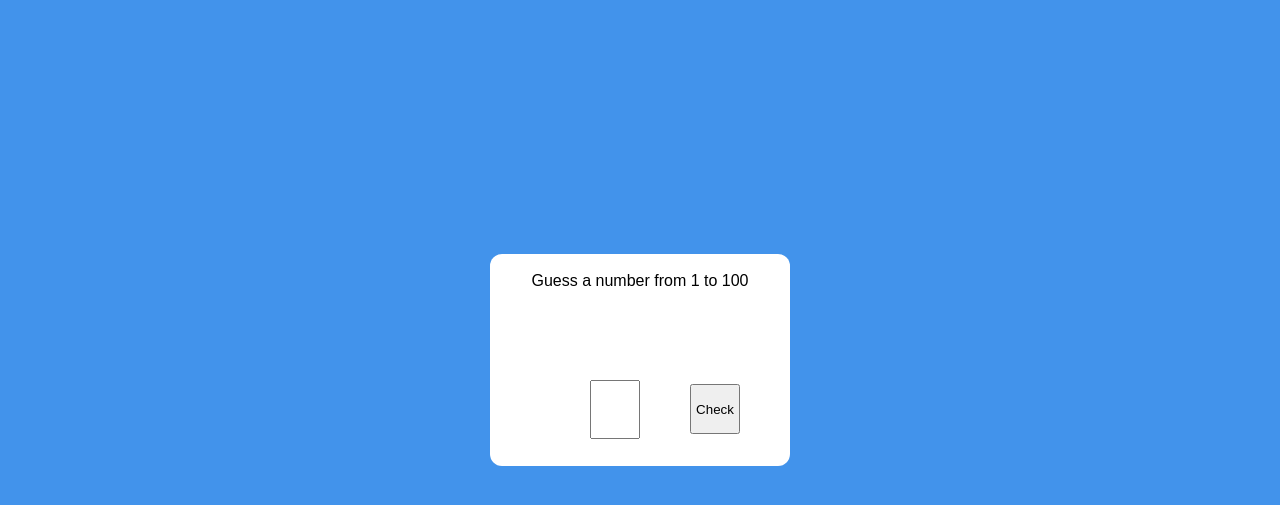
Repository: Ankitkr2021/Guess_Game
Page: index.html
The author's editor kept a copy of each file at every save. The page is drawn from the files as they stood at one save, then again after a run of saves.
The browser window is 1280 px wide. The pictures show the whole page.

Above is the page before, as saved 2025-09-30 17:44:52.

### index.html
<!DOCTYPE html>
<html lang="en">
<head>
    <meta charset="UTF-8">
    <meta name="viewport" content="width=device-width, initial-scale=1.0">
    <title>Document</title>
    <link rel="stylesheet" href="./style.css">
</head>
<body>
    <div class="box">
        <p>Guess a number from 1 to 100</p>
        <div class="same-line">
        <input type="number">
        <button type="submit">Check</button>
        </div>
    </div>
</body>
</html>

### style.css
@import url("https://fonts.googleapis.com/css2?family=Poppins:wght@300;400;500;600;700&display=swap">
);

*{
    margin: 0;
    padding: 0;
    box-sizing: border-box;
    font-family: 'Poppins',sans-serif;
}

body{
    display: flex;
    justify-content: center;
    align-items: center;
    height: 100vh;
    width: 100%;
    background: #4293eb;
}

.box{
    background: #fff;
    height: 212px;
    width: 300px;
    border-radius: 12px;
    display: flex;
    flex-direction: column;
    align-items: center;
    justify-content: center;
}

p{
    padding: 40px 20px;
}

.same-line {
    /* background: green; */
    width: 100%;
    display: flex;
    align-items: center;
    justify-content: center;
    padding: 0 10px;
}

input{
    margin: 50px;
    padding: 20px;
    width: 50px;
}

button{
    height: 50px;
    width: 50px;
}

After the next 3 saves:
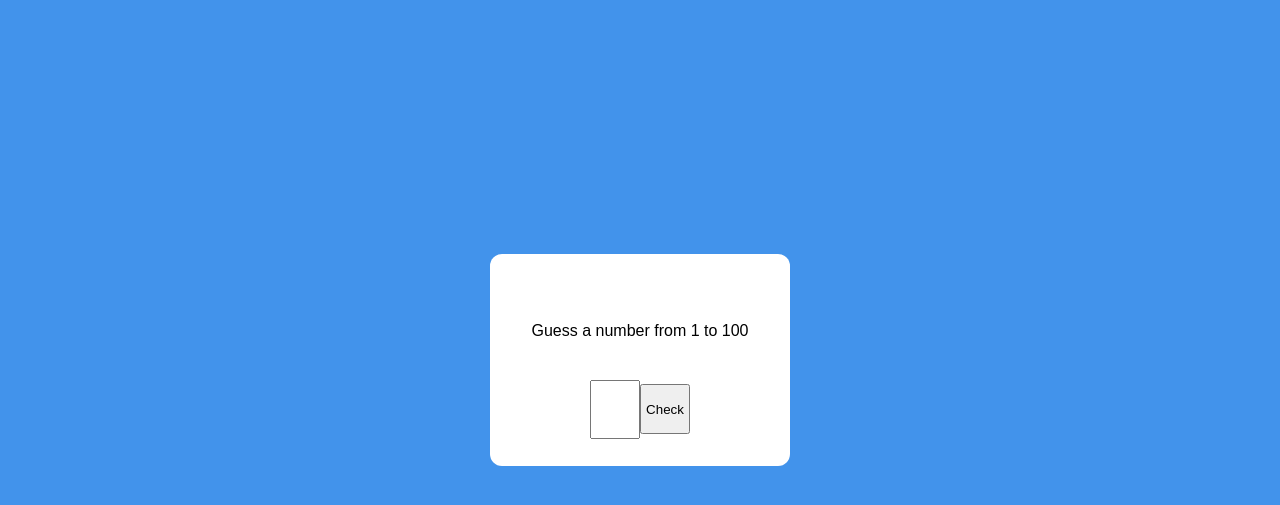
The 3 saves are shown as one change because they came seconds apart.
The last was saved 10 s later.
--- a/style.css
+++ b/style.css
@@ -38,11 +38,11 @@ p{
     display: flex;
     align-items: center;
     justify-content: center;
-    padding: 0 10px;
+    /* padding: 0 10px; */
 }
 
 input{
-    margin: 50px;
+    /* margin: 50px; */
     padding: 20px;
     width: 50px;
 }
